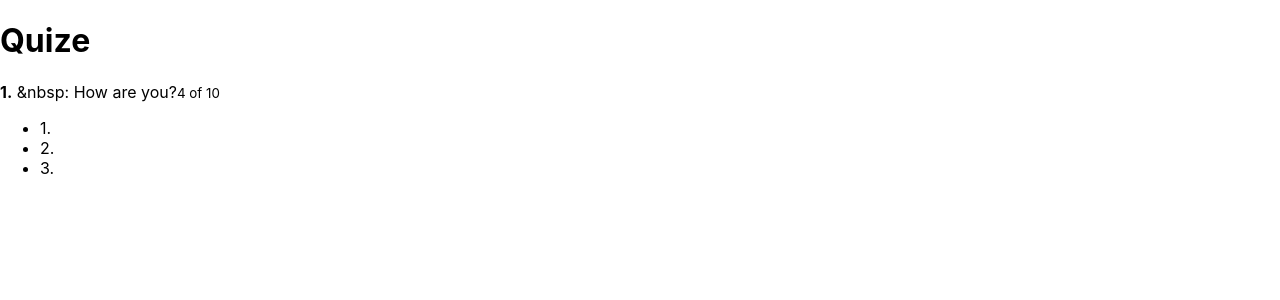
Repository: yurahl/ReactPractice
Page: /
An editor plug-in stored every save of this project. The page is shown before and after the next save, followed by the edit.
The browser window is 1280 px wide. The pictures show the whole page.
The project was rebuilt for these pictures with package versions that can differ from the ones it lists, and the page was loaded fresh each time. Also part of the build but not shown: src/hoc/Layout/Layout.css, src/containers/Quize/Quize.css, src/components/ActiveQuize/ActiveQuize.css.

Above is the page before, as saved 2020-09-30 21:26:23.

### src/App.js
import React, { Component } from "react";
import Layout from "./hoc/Layout/Layout";
import Quize from "./containers/Quize/Quize";

class App extends Component {
  render() {
    return (
      <div className="App">
        <Layout>
          <Quize />
        </Layout>
      </div>
    );
  }
}

export default App;

### src/hoc/Layout/Layout.js
import React, {Component} from 'react';
import LayoutStyle from './Layout.css'

class Layout extends Component {
    render (){
        return (
            <div className={LayoutStyle.Layout}>
                <main>
                    {this.props.children}
                </main>
            </div>
        )
    }
}

export default Layout;

### src/containers/Quize/Quize.js
import React, { Component } from "react";
import QuizeStyle from "./Quize.css";
import ActiveQuize from "../../components/ActiveQuize/ActiveQuize";

class Quize extends Component {
  state = {
    quize: [],
  };

  render() {
    return (
      <div className={QuizeStyle.Quize}>
        <div className={QuizeStyle.QuizeWrapper}>
          <h1>Quize</h1>
          <ActiveQuize />
        </div>
      </div>
    );
  }
}

export default Quize;

### src/components/ActiveQuize/ActiveQuize.js
import React from "react";
import activeQuizeStyle from "./ActiveQuize.css";

const ActiveQuize = (props) => (
  <div className={activeQuizeStyle.ActiveQuize}>
    <p className={activeQuizeStyle.Question}>
      <span>
        <strong>1.</strong> &nbsp:
        How are you?
      </span>
      <small>4 of 10</small>
    </p>
    <ul>
      <li>1.</li>
      <li>2.</li>
      <li>3.</li>
    </ul>
  </div>
);

export default ActiveQuize;

Loaded but not shown: public/index.html (common file); src/index.js (common file); src/index.css (common file); src/serviceWorker.js (common file)

After the next save:
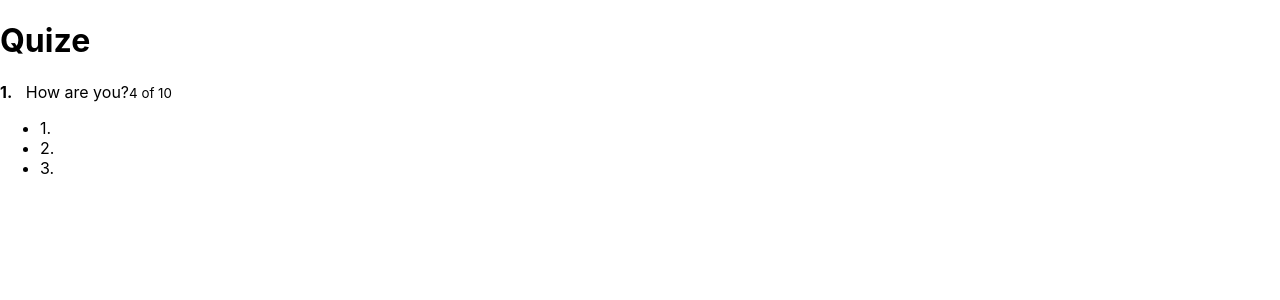
Saved 5 s later.
--- a/src/components/ActiveQuize/ActiveQuize.js
+++ b/src/components/ActiveQuize/ActiveQuize.js
@@ -5,7 +5,7 @@
   <div className={activeQuizeStyle.ActiveQuize}>
     <p className={activeQuizeStyle.Question}>
       <span>
-        <strong>1.</strong> &nbsp:
+        <strong>1.</strong> &nbsp;
         How are you?
       </span>
       <small>4 of 10</small>
